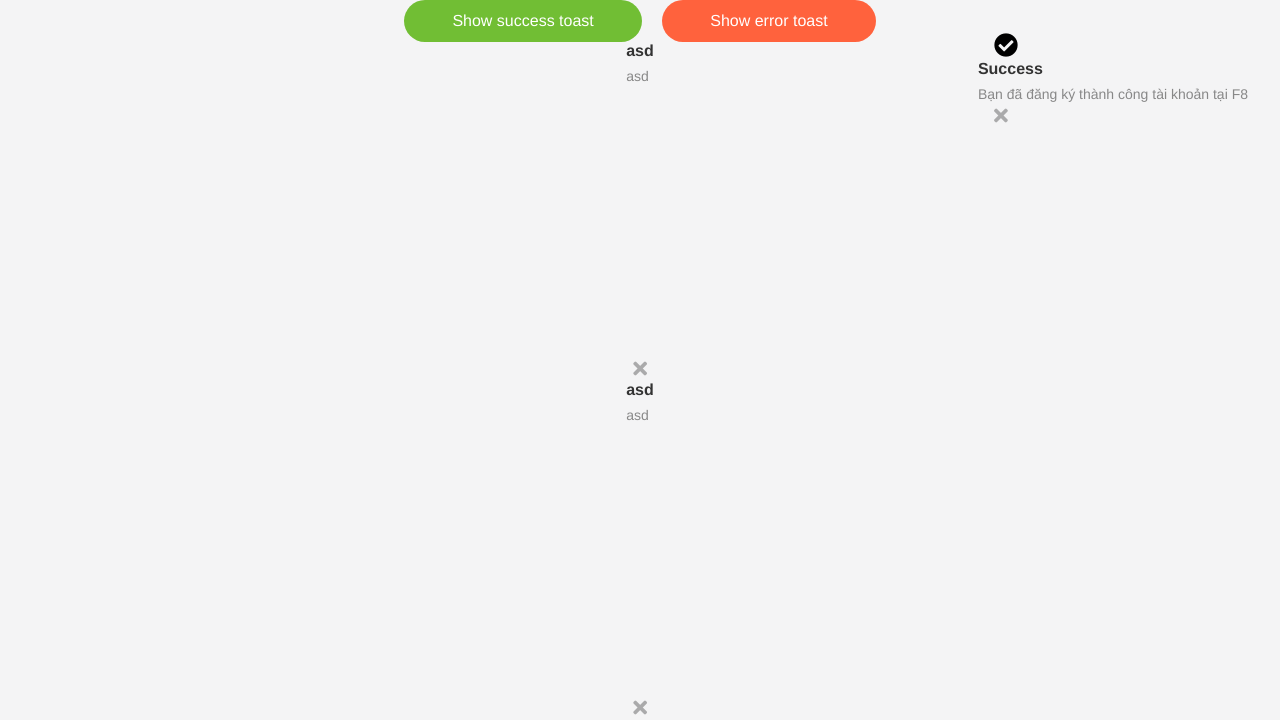
Repository: vuongtm1999/Toast_Message
Page: toast-message.html
An editor plug-in stored every save of this project. The page is shown before and after the next save, followed by the edit.
The browser window is 1280 px wide. The pictures show the whole page.

Above is the page before, as saved 2022-09-01 12:44:16.

### toast-message.html
<!DOCTYPE html>
<html lang="en">
  <head>
    <meta charset="UTF-8" />
    <meta http-equiv="X-UA-Compatible" content="IE=edge" />
    <meta name="viewport" content="width=device-width, initial-scale=1.0" />
    <link
      rel="stylesheet"
      href="https://cdnjs.cloudflare.com/ajax/libs/font-awesome/5.15.1/css/all.min.css"
      integrity="sha512-+4zCK9k+qNFUR5X+cKL9EIR+ZOhtIloNl9GIKS57V1MyNsYpYcUrUeQc9vNfzsWfV28IaLL3i96P9sdNyeRssA=="
      crossorigin="anonymous"
    />
    <link rel="stylesheet" href="toast-message.css" />
    <script type="text/javascript" src="toast-message.js"></script>
    <title>Toast message</title>
  </head>
  <body>
    <div id="toast">
      <!-- success -->
      <div class="toast__icon">
        <i class="fas fa-check-circle"></i>
      </div>
      <div class="toast__body">
        <h3 class="toast__title">Success</h3>
        <p class="toast__msg">Bạn đã đăng ký thành công tài khoản tại F8</p>
      </div>
      <div class="toast__close">
        <i class="fas fa-times"></i>
      </div>
    </div>

    <div>
      <div onclick="showSuccessToast();" class="btn btn--success">
        Show success toast
      </div>
      <div onclick="showErrorToast();" class="btn btn--danger">
        Show error toast
      </div>
    </div>

    <!-- warming -->
    <div class="toast__icon">
      <i class="${}"></i>
    </div>
    <div class="toast__body">
      <h3 class="toast__title">asd</h3>
      <p class="toast__msg">asd</p>
    </div>
    <div class="toast__close">
      <i class="fas fa-times"></i>
    </div>

    <!-- danger -->
    <div class="toast__icon">
      <i class="${}"></i>
    </div>
    <div class="toast__body">
      <h3 class="toast__title">asd</h3>
      <p class="toast__msg">asd</p>
    </div>
    <div class="toast__close">
      <i class="fas fa-times"></i>
    </div>

    <script>
      function showSuccessToast() {
        toast({
          title: "Thành công!",
          message: "Bạn đã đăng ký thành công tài khoản tại F8.",
          type: "success",
          duration: 5000,
        });
      }

      function showErrorToast() {
        toast({
          title: "Thất bại!",
          message: "Có lỗi xảy ra, vui lòng liên hệ quản trị viên.",
          type: "error",
          duration: 5000,
        });
      }
    </script>
  </body>
</html>

### toast-message.css
* {
    padding: 0;
    margin: 0;
    box-sizing: border-box;
}

body {
    height: 100vh;
    display: flex;
    flex-direction: column;
    font-family: "Helvetica Neue";
    background-color: #f4f4f5;
}

body>div {
    margin: auto;
}

/* ======= Buttons ======== */

/* Block */
.btn {
    display: inline-block;
    text-decoration: none;
    background-color: transparent;
    border: none;
    outline: none;
    color: #fff;
    padding: 12px 48px;
    border-radius: 50px;
    cursor: pointer;
    min-width: 120px;
    transition: opacity 0.2s ease;
}

/* Modifier */
.btn--size-l {
    padding: 16px 56px;
}

.btn--size-s {
    padding: 8px 32px;
}

.btn:hover {
    opacity: 0.8;
}

.btn+.btn {
    margin-left: 16px;
}

.btn--success {
    background-color: #71be34;
}

.btn--warn {
    background-color: #ffb702;
}

.btn--danger {
    background-color: #ff623d;
}

.btn--disabled {
    opacity: 0.5 !important;
    cursor: default;
}

/* ======= Toast message ======== */

#toast {
    position: fixed;
    top: 32px;
    right: 32px;
    z-index: 999999;
}

.toast {
    display: flex;
    align-items: center;
    background-color: #fff;
    border-radius: 2px;
    padding: 20px 0;
    min-width: 400px;
    max-width: 450px;
    border-left: 4px solid;
    box-shadow: 0 5px 8px rgba(0, 0, 0, 0.08);
    transition: all linear 0.3s;
}

/* @keyframes slideInLeft {
    from {
        opacity: 0;
        transform: translateX(calc(100% + 32px));
    }

    to {
        opacity: 1;
        transform: translateX(0);
    }
}

@keyframes fadeOut {
    to {
        opacity: 0;
    }
} */

.toast--success {
    border-color: #47d864;
}

.toast--success .toast__icon {
    color: #47d864;
}

.toast--info {
    border-color: #2f86eb;
}

.toast--info .toast__icon {
    color: #2f86eb;
}

.toast--warning {
    border-color: #ffc021;
}

.toast--warning .toast__icon {
    color: #ffc021;
}

.toast--error {
    border-color: #ff623d;
}

.toast--error .toast__icon {
    color: #ff623d;
}

.toast+.toast {
    margin-top: 24px;
}

.toast__icon {
    font-size: 24px;
}

.toast__icon,
.toast__close {
    padding: 0 16px;
}

.toast__body {
    flex-grow: 1;
}

.toast__title {
    font-size: 16px;
    font-weight: 600;
    color: #333;
}

.toast__msg {
    font-size: 14px;
    color: #888;
    margin-top: 6px;
    line-height: 1.5;
}

.toast__close {
    font-size: 20px;
    color: rgba(0, 0, 0, 0.3);
    cursor: pointer;
}

Loaded but not shown: toast-message.js (no stored copy; drawn as an empty file)

After the next save:
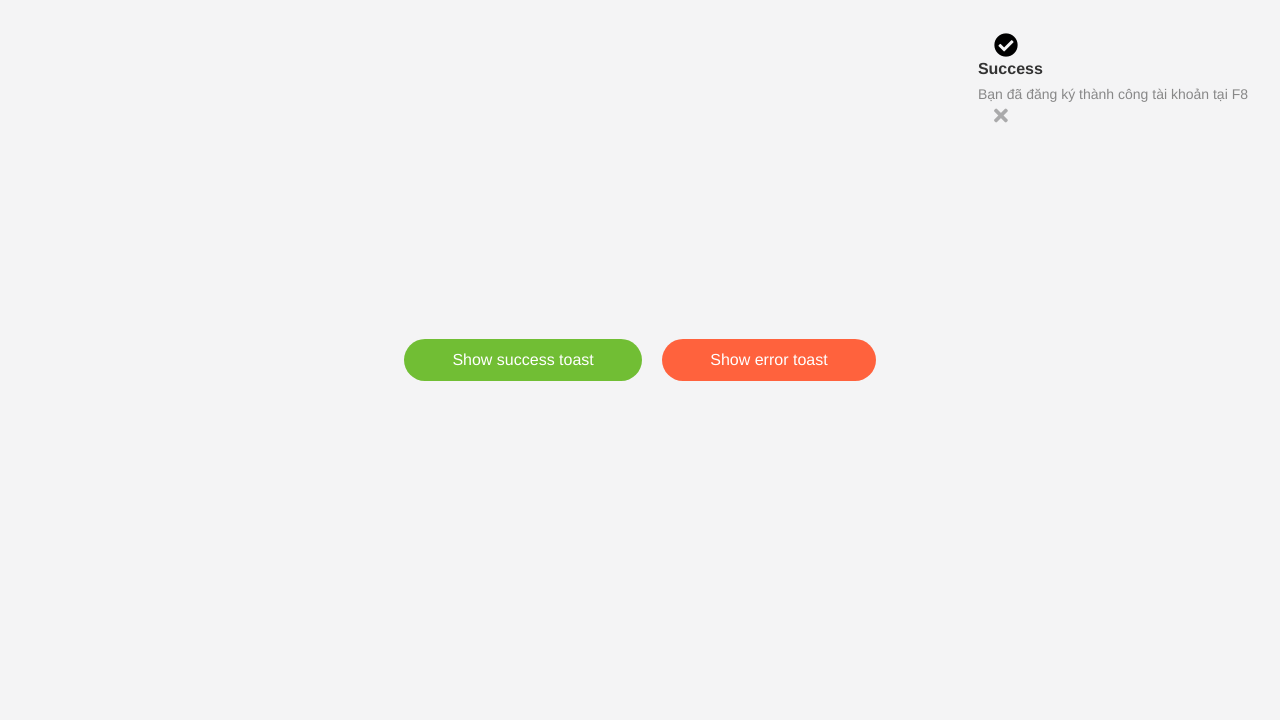
Saved 26 s later.
--- a/toast-message.html
+++ b/toast-message.html
@@ -39,7 +39,7 @@
     </div>
 
     <!-- warming -->
-    <div class="toast__icon">
+    <!-- <div class="toast__icon">
       <i class="${}"></i>
     </div>
     <div class="toast__body">
@@ -48,10 +48,10 @@
     </div>
     <div class="toast__close">
       <i class="fas fa-times"></i>
-    </div>
+    </div> -->
 
     <!-- danger -->
-    <div class="toast__icon">
+    <!-- <div class="toast__icon">
       <i class="${}"></i>
     </div>
     <div class="toast__body">
@@ -60,7 +60,7 @@
     </div>
     <div class="toast__close">
       <i class="fas fa-times"></i>
-    </div>
+    </div> -->
 
     <script>
       function showSuccessToast() {
